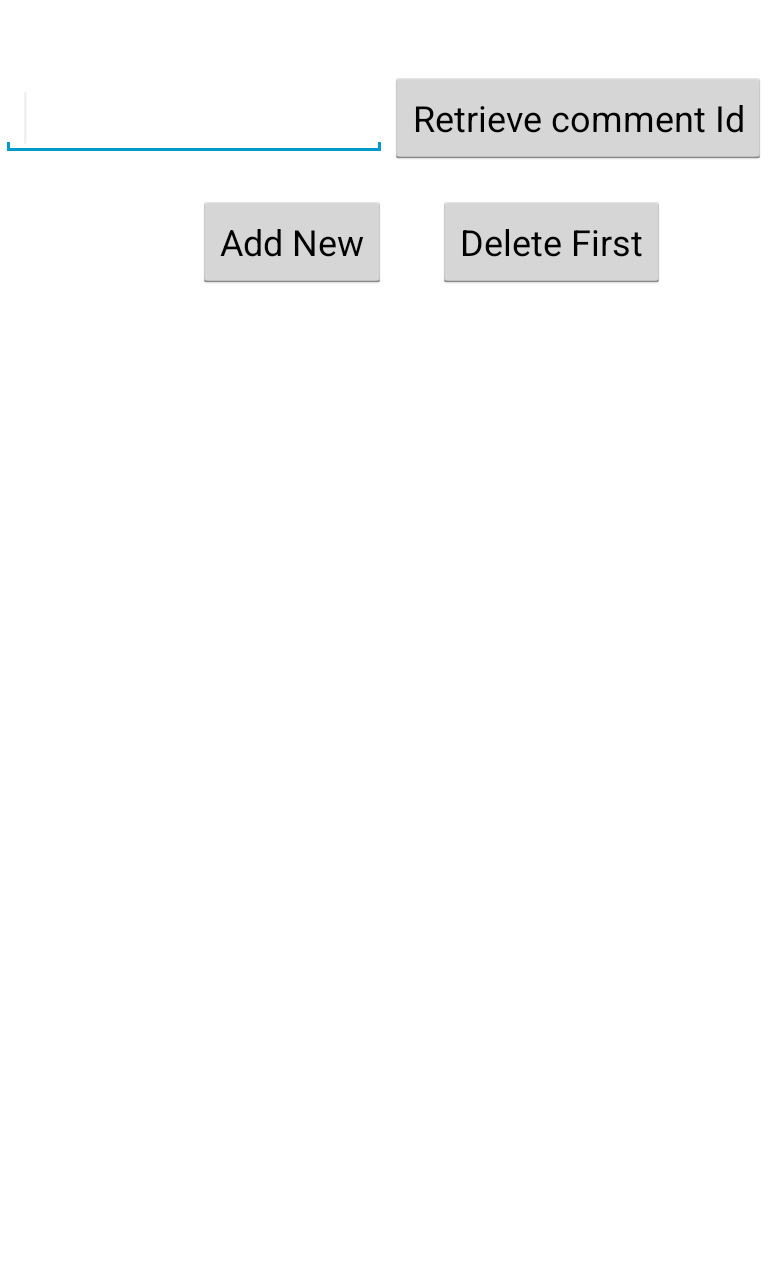
Repository: steve-ng/android-patterns
Layout: Pattern-PartnerCloud/res/layout/activity_main.xml
The author's editor kept a copy of each file at every save. The layout is drawn from the files as they stood at one save, then again after the next save.
It is drawn on a 768 x 1280 px phone screen (xhdpi) without system bars, with theme AppTheme; the app's code is not run. Lists and similar views that code fills are empty.

Above is the layout before, as saved 2013-11-02 10:27:39.

### Pattern-PartnerCloud/res/layout/activity_main.xml
<?xml version="1.0" encoding="utf-8"?>
<LinearLayout xmlns:android="http://schemas.android.com/apk/res/android"
    android:layout_width="match_parent"
    android:layout_height="match_parent"
    android:orientation="vertical" >

    <LinearLayout
        android:id="@+id/group"
        android:layout_width="wrap_content"
        android:layout_height="wrap_content" >

        <RelativeLayout
            android:layout_width="wrap_content"
            android:layout_height="145dp" >

            <Button
                android:id="@+id/add"
                android:layout_width="wrap_content"
                android:layout_height="wrap_content"
                android:layout_alignParentBottom="true"
                android:layout_toLeftOf="@+id/retrieve"
                android:onClick="onClick"
                android:text="Add New" />

            <Button
                android:id="@+id/delete"
                android:layout_width="wrap_content"
                android:layout_height="wrap_content"
                android:layout_alignLeft="@+id/retrieve"
                android:layout_alignParentBottom="true"
                android:layout_marginLeft="24dp"
                android:onClick="onClick"
                android:text="Delete First" />

            <Button
                android:id="@+id/retrieve"
                android:layout_width="wrap_content"
                android:layout_height="wrap_content"
                android:layout_above="@+id/delete"
                android:layout_alignParentRight="true"
                android:layout_marginBottom="14dp"
                android:onClick="onClick"
                android:text="Retrieve comment Id" />

            <EditText
                android:id="@+id/commentId"
                android:layout_width="wrap_content"
                android:layout_height="wrap_content"
                android:layout_alignBaseline="@+id/retrieve"
                android:layout_alignBottom="@+id/retrieve"
                android:layout_alignParentLeft="true"
                android:layout_alignRight="@+id/add"
                android:ems="10" >

                <requestFocus />
            </EditText>

        </RelativeLayout>

        <LinearLayout
            android:layout_width="wrap_content"
            android:layout_height="91dp"
            android:orientation="vertical" >

        </LinearLayout>

        <LinearLayout
            android:layout_width="wrap_content"
            android:layout_height="match_parent"
            android:orientation="vertical" >

        </LinearLayout>

    </LinearLayout>

    <ListView
        android:id="@android:id/list"
        android:layout_width="match_parent"
        android:layout_height="345dp"
        android:text="@string/hello" />

</LinearLayout>

### Pattern-PartnerCloud/res/values/strings.xml
<?xml version="1.0" encoding="utf-8"?>
<resources>

    <string name="app_name">FYP-Patterns-Repository</string>
    <string name="action_settings">Settings</string>
    <string name="hello">Hello world!</string>
    <string name="title_activity_test_database">TestDatabaseActivity</string>

</resources>

Loaded but not shown: Pattern-PartnerCloud/res/values/styles.xml (common file); Pattern-PartnerCloud/res/values-v11/styles.xml (common file); Pattern-PartnerCloud/res/values-v14/styles.xml (common file)

After the next save:
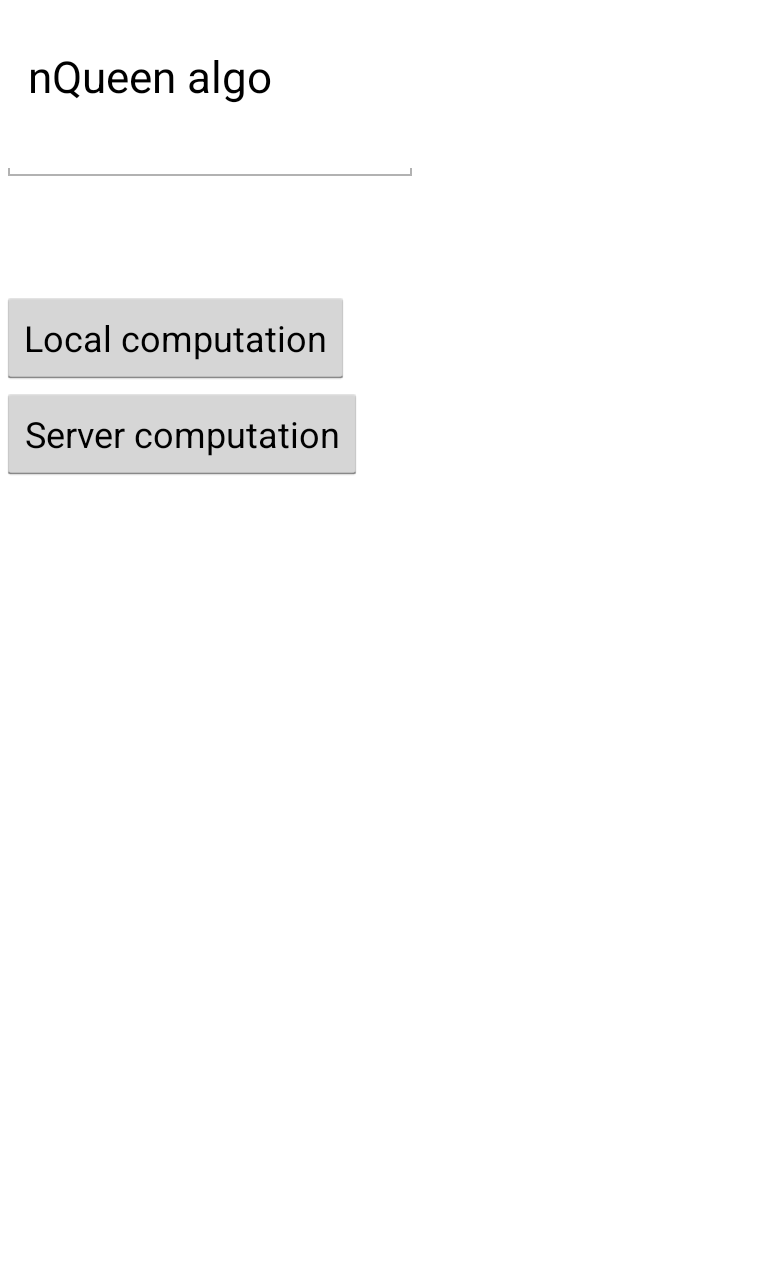
Saved 27 s later.
--- a/Pattern-PartnerCloud/res/layout/activity_main.xml
+++ b/Pattern-PartnerCloud/res/layout/activity_main.xml
@@ -13,70 +13,39 @@
             android:layout_width="wrap_content"
             android:layout_height="145dp" >
 
-            <Button
-                android:id="@+id/add"
+            <EditText
+                android:id="@+id/numQueens"
                 android:layout_width="wrap_content"
                 android:layout_height="wrap_content"
-                android:layout_alignParentBottom="true"
-                android:layout_toLeftOf="@+id/retrieve"
-                android:onClick="onClick"
-                android:text="Add New" />
+                android:layout_alignParentLeft="true"
+                android:layout_centerVertical="true"
+                android:ems="10" />
 
-            <Button
-                android:id="@+id/delete"
+            <TextView
+                android:id="@+id/textView1"
                 android:layout_width="wrap_content"
                 android:layout_height="wrap_content"
-                android:layout_alignLeft="@+id/retrieve"
-                android:layout_alignParentBottom="true"
-                android:layout_marginLeft="24dp"
-                android:onClick="onClick"
-                android:text="Delete First" />
-
-            <Button
-                android:id="@+id/retrieve"
-                android:layout_width="wrap_content"
-                android:layout_height="wrap_content"
-                android:layout_above="@+id/delete"
-                android:layout_alignParentRight="true"
-                android:layout_marginBottom="14dp"
-                android:onClick="onClick"
-                android:text="Retrieve comment Id" />
-
-            <EditText
-                android:id="@+id/commentId"
-                android:layout_width="wrap_content"
-                android:layout_height="wrap_content"
-                android:layout_alignBaseline="@+id/retrieve"
-                android:layout_alignBottom="@+id/retrieve"
+                android:layout_above="@+id/numQueens"
                 android:layout_alignParentLeft="true"
-                android:layout_alignRight="@+id/add"
-                android:ems="10" >
-
-                <requestFocus />
-            </EditText>
+                android:layout_marginLeft="14dp"
+                android:text="nQueen algo"
+                android:textAppearance="?android:attr/textAppearanceLarge" />
 
         </RelativeLayout>
-
-        <LinearLayout
-            android:layout_width="wrap_content"
-            android:layout_height="91dp"
-            android:orientation="vertical" >
-
-        </LinearLayout>
-
-        <LinearLayout
-            android:layout_width="wrap_content"
-            android:layout_height="match_parent"
-            android:orientation="vertical" >
-
-        </LinearLayout>
-
     </LinearLayout>
 
-    <ListView
-        android:id="@android:id/list"
-        android:layout_width="match_parent"
-        android:layout_height="345dp"
-        android:text="@string/hello" />
+    <Button
+        android:id="@+id/localBtn"
+        android:layout_width="wrap_content"
+        android:layout_height="wrap_content"
+        android:onClick="localCompute"
+        android:text="Local computation" />
+
+    <Button
+        android:id="@+id/remoteBtn"
+        android:layout_width="wrap_content"
+        android:layout_height="wrap_content"
+        android:onClick="cloudCompute"
+        android:text="Server computation" />
 
 </LinearLayout>
